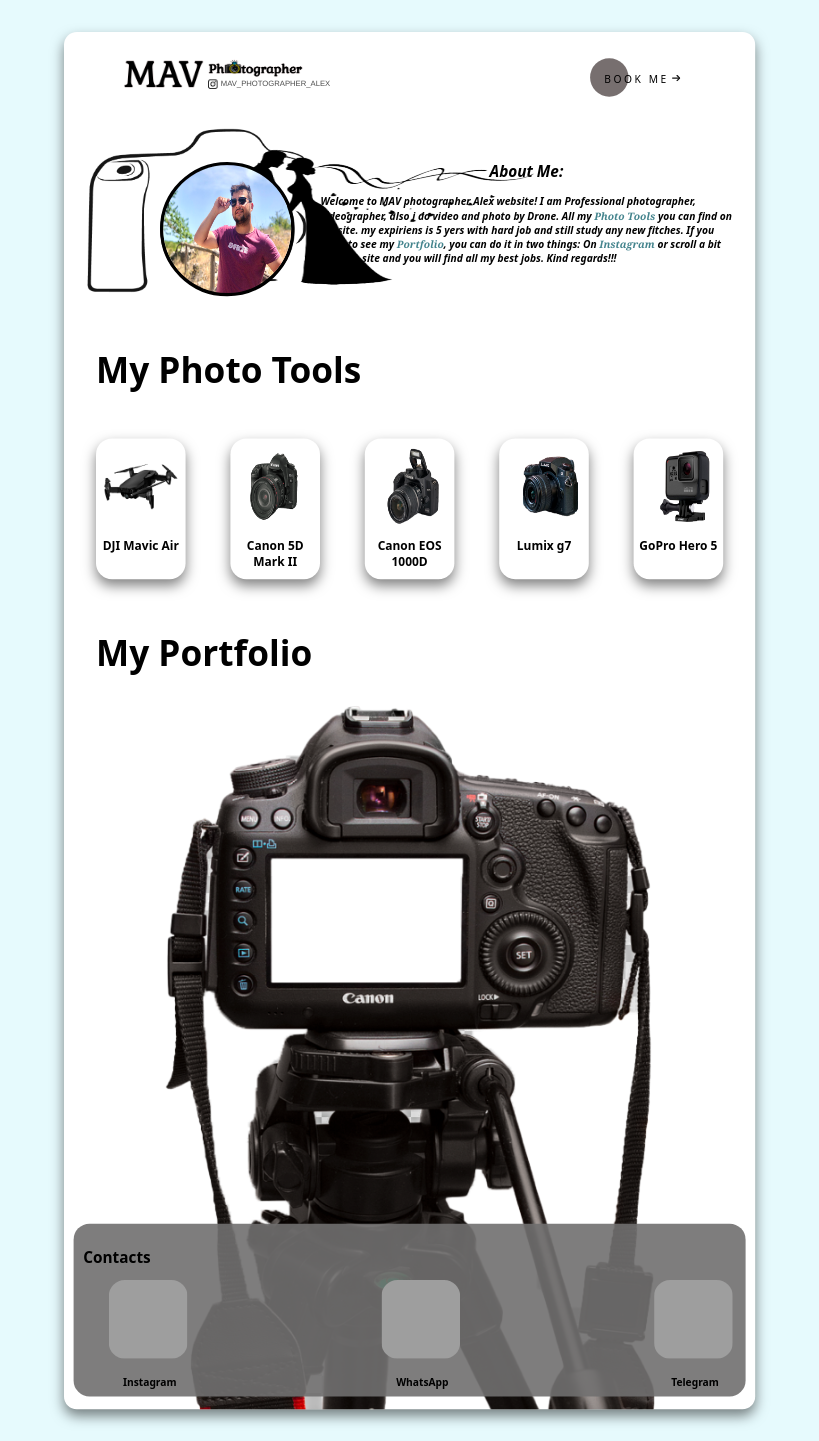
Repository: Dekabrist94/MAV
Page: /
An editor plug-in stored every save of this project. The page is shown before and after the next save, followed by the edit.
The browser window is 1280 px wide. The pictures show the whole page, at 64% of full size.
Pictures or frames that could not be fetched are drawn as grey boxes. The project was rebuilt for these pictures with package versions that can differ from the ones it lists, and the page was loaded fresh each time.

Above is the page before, as saved 2023-03-11 17:48:44.

### src/index.js
import React from 'react';
import ReactDOM from 'react-dom/client';
import './index.scss';
import App from './App';
import reportWebVitals from './reportWebVitals';

const root = ReactDOM.createRoot(document.getElementById('root'));
root.render(
  <React.StrictMode>
    <App />
  </React.StrictMode>,
);

// If you want to start measuring performance in your app, pass a function
// to log results (for example: reportWebVitals(console.log))
// or send to an analytics endpoint. Learn more: https://bit.ly/CRA-vitals
reportWebVitals();

### src/index.scss
.aboutLinks {
  color: rgb(68, 132, 141);
  text-decoration: none;
  font-family: Georgia, 'Times New Roman', Times, serif;
  transition: all 0.3s ease;
}

.aboutLinks:hover {
  color: rgb(235, 17, 82);
  text-decoration: none;
  font-family: Georgia, 'Times New Roman', Times, serif;
}

body {
  margin: 0;
  font-family: system-ui;
  -webkit-font-smoothing: antialiased;
  -moz-osx-font-smoothing: grayscale;
  background-color: rgb(12, 213, 240, 0.1);
}

.wrapper {
  background: #ffffff;
  box-shadow: 0px 10px 20px rgba(0, 0, 0, 0.5);
  border-radius: 20px;
  max-width: 1080px;
  margin: 50px auto;
}

header {
  padding: 40px;
  margin: 50px;
  display: flex;
  justify-content: space-between;
}

img {
  margin-right: 5px;
}

.headerLeft {
  display: flex;
  align-items: center;
}

.underLogoLink {
  color: black;
  opacity: 70%;
  font-family: 'Franklin Gothic Medium', 'Arial Narrow', Arial, sans-serif;
  text-decoration: none;
  transition: all 0.2s ease;
  text-transform: uppercase;
  font-size: 12px;
}
.underLogoLink:hover {
  opacity: 100%;
  transition: all 0.2s ease;
}
.instaLink {
  display: flex;
  margin-top: -3px;
  align-items: center;
}

.bookMe {
  margin-top: 20px;
}

h3,
p {
  margin: 0;
}

.aboutMe {
  margin-left: 150px;
  position: relative;
  display: flex;

  align-items: center;
  justify-content: space-between;
}
.bride {
  position: absolute;
  left: 109px;
}
.camera {
  top: -50px;
  left: -190px;
  position: absolute;
}
.avatar {
  border-radius: 50%;
  border: 5px black solid;
  z-index: 1;
  transition: all 0.4s ease;

  cursor: pointer;
}
.avatar:hover {
  transition: all 0.4s ease;
  transform: scale(1.05);
  cursor: pointer;
}

.textAboutCenter {
  text-align: center;
  font-style: italic;
}
.textAbout {
  padding-bottom: 50px;
  padding-left: 5%;
  padding-right: 5%;
  text-align: left;
  font-style: italic;
}
.cardContainer {
  display: flex;
  padding: 15px;
}
.card {
  height: 220px;
  width: 140px;
  margin: 0 auto;
}

.cardBorder {
  border-radius: 25px;
  box-shadow: 0px 10px 20px rgba(0, 0, 0, 0.5);
}

.cardStyle {
  padding-top: 15px;
  text-align: center;
}

.CaptionTools {
  padding-left: 50px;
  font-size: 55px;
}

.Portfolio {
}

.captionPortfolio {
  padding-top: 15px;
  padding-left: 50px;
  font-size: 55px;
}

.mainCamera {
  margin: 0 auto;
  align-items: center;
  display: flex;
}

.cameraSlider {
  margin: 0 auto;
  z-index: 2;
}

.contContainer {
  position: relative;
  margin: 0px 15px auto;
}

.background {
  position: absolute;
  background: rgba(112, 111, 111, 0.9);
  width: 100%;
  height: 270px;
  margin: -290px auto;
  z-index: 3;
  border-radius: 25px;
}

.qr {
  padding: 15px;
}

.contacts {
  display: flex;
  align-items: center;
  justify-content: space-between;
}

li {
  list-style-type: none;
  z-index: 5;
}

.qrcode {
  border-radius: 25px;
  transition: all 0.3s ease;
}

.qrcode:hover {
  transform: scale(1.1);
  transition: all 0.3s ease;
}

### src/App.js
import { Header } from './pages/Header';
import { PhotoTools } from './pages/PhotoTools';
import { AboutMe } from './pages/AboutMe';
import mainCamera from './assets/img/mainCamera.png';
function App() {
  return (
    <div className="wrapper">
      <Header />
      <AboutMe />
      <PhotoTools />

      <section className="Portfolio">
        <h1 className="captionPortfolio">My Portfolio</h1>
        <div className="slider">
          <div className="mainCamera">
            <img className="cameraSlider" width={800} height={1100} src={mainCamera} />
          </div>
        </div>
      </section>

      <section className="contContainer">
        <div className="background">
          <div className="qr">
            <h1 className="contCaption">Contacts</h1>
            <ul className="contacts">
              <li>
                <a href="https://www.instagram.com/palazzagofotografo/" target="_blank">
                  <img
                    className="qrcode"
                    src="http://qrcoder.ru/code/?https%3A%2F%2Fwww.instagram.com%2Fpalazzagofotografo%2F&3&0"
                    width="123"
                    height="123"
                    title="Instagram QR Code"
                  />
                </a>
                <h4 align="center">Instagram</h4>
              </li>
              <li>
                <a href="https://wa.me/+393519741841" target="_blank">
                  <img
                    className="qrcode"
                    src="http://qrcoder.ru/code/?https%3A%2F%2Fwa.me%2F%2B393519741841&3&0"
                    width="123"
                    height="123"
                    title="WhatsApp QR Code"
                  />
                </a>
                <h4 align="center">WhatsApp</h4>
              </li>
              <li>
                <a href="https://t.me/mavphotographeralex" target="_blank">
                  <img
                    className="qrcode"
                    src="http://qrcoder.ru/code/?https%3A%2F%2Ftelegram.me%2F%40mavphotographer&4&0"
                    width="123"
                    height="123"
                    title="Telegram QR Code"
                  />
                </a>
                <h4 align="center">Telegram</h4>
              </li>
            </ul>
          </div>
        </div>
      </section>
    </div>
  );
}

export default App;

### src/pages/Header.jsx
import PHOTOGRAPHER from '../assets/img/photographer.png';
import InstaLogo from '../assets/img/instagram.png';
import MAV from '../assets/img/MAV.png';
import '../index.scss';
import { CustomButton } from '../components/button UI';
export const Header = () => {
  return (
    <header>
      <div className="headerLeft">
        <img width={130} height={50} src={MAV} alt="logo" />
        <div className="headerInfo">
          <img width={150} height={30} src={PHOTOGRAPHER} alt="logo" />
          <div className="instaLink">
            <img width={15} height={15} src={InstaLogo} alt="Instagram" />
            <a href="#" className="underLogoLink">
              mav_photographer_alex
            </a>
          </div>
        </div>
      </div>
      <div className="bookMe">
        <CustomButton text="BOOK ME" style="link" />
      </div>
    </header>
  );
};

### src/pages/PhotoTools.jsx
import Drone from '../assets/img/mavicAir.png';
import Mark from '../assets/img/5dmark.png';
import CanonD from '../assets/img/1000d.png';
import Lumix from '../assets/img/lumix.png';
import Hero5 from '../assets/img/hero5.png';

import '../index.scss';

export const PhotoTools = () => {
  return (
    <section className="PhotoTools">
      <aside>
        <h1 className="CaptionTools">My Photo Tools</h1>
      </aside>
      <div className="cardContainer">
        <div className="card cardBorder">
          <img className="cardStyle" width={140} height={120} src={Drone} alt="card" />
          <p className="cardStyle">
            <h3>DJI Mavic Air</h3>
          </p>
        </div>
        <div className="card cardBorder">
          <img className="cardStyle" width={140} height={120} src={Mark} alt="card" />
          <p className="cardStyle">
            <h3>Canon 5D Mark II</h3>
          </p>
        </div>
        <div className="card cardBorder">
          <img className="cardStyle" width={160} height={120} src={CanonD} alt="card" />
          <p className="cardStyle">
            <h3>Canon EOS 1000D</h3>
          </p>
        </div>
        <div className="card cardBorder">
          <img className="cardStyle" width={160} height={120} src={Lumix} alt="card" />
          <p className="cardStyle">
            <h3>Lumix g7</h3>
          </p>
        </div>
        <div className="card cardBorder">
          <img className="cardStyle" width={160} height={120} src={Hero5} alt="card" />
          <p className="cardStyle">
            <h3>GoPro Hero 5</h3>
          </p>
        </div>
      </div>
    </section>
  );
};

### src/pages/AboutMe.jsx
import '../index.scss';
import Camera from '../assets/img/camera.png';
import AVATAR from '../assets/img/AVATAR.jpg';
import Bride from '../assets/img/bride.png';
export const AboutMe = () => {
  return (
    <section className="aboutMe">
      <img className="avatar" width={200} height={200} src={AVATAR} alt="AVATAR" />
      <img className="camera" width={500} height={302} src={Camera} alt="Camera" />
      <img className="bride" width={500} height={302} src={Bride} alt="Bride" />

      <div>
        <h1 className="textAboutCenter">About Me:</h1>
        <h4 className="textAbout">
          Welcome to MAV photographer Alex website! I am Professional photographer, videographer,
          also i do video and photo by Drone. All my{' '}
          <a className="aboutLinks" href="#">
            Photo Tools
          </a>{' '}
          you can find on my site. my expiriens is 5 yers with hard job and still study any new
          fitches. If you want to see my{' '}
          <a className="aboutLinks" href="#">
            Portfolio
          </a>
          , you can do it in two things: On{' '}
          <a className="aboutLinks" href="#">
            Instagram
          </a>{' '}
          or scroll a bit down to site and you will find all my best jobs. Kind regards!!!
        </h4>
      </div>
    </section>
  );
};

### src/components/button UI/index.jsx
import styles from './Button.module.css';
import React from 'react';

export const CustomButton = ({ type, text, link, style }) => {
  if (style === 'btn') {
    return (
      <button className={`${styles.button} ${styles.buttonBtn}`} type={type}>
        <span>{text}</span>
        <svg width="13px" height="10px" viewBox="0 0 13 10">
          <path d="M1,5 L11,5"></path>
          <polyline points="8 1 12 5 8 9"></polyline>
        </svg>
      </button>
    );
  } else if (style === 'link') {
    return (
      <a
        href={link}
        className={`${styles.button} ${styles.buttonLink}`}
        target="_blank"
        rel="noreferrer">
        <span>{text}</span>
        <svg width="13px" height="10px" viewBox="0 0 13 10">
          <path d="M1,5 L11,5"></path>
          <polyline points="8 1 12 5 8 9"></polyline>
        </svg>
      </a>
    );
  }
  return <button>{text}</button>;
};

### src/components/button UI/Button.module.css
.button {
  position: relative;
  margin: auto;
  padding: 19px 22px;
  transition: all 0.2s ease;
  cursor: pointer;
}
.button:before {
  content: '';
  position: absolute;
  top: 0;
  left: 0;
  display: block;
  border-radius: 50%;

  width: 60px;
  height: 60px;
  transition: all 0.5s ease;
}
.buttonLink:before {
  background: rgb(119, 111, 111);
}
.buttonBtn:before {
  background: rgba(255, 165, 45, 0.5);
}
.button span {
  position: relative;
  font-size: 16px;
  line-height: 18px;
  font-weight: 400;
  letter-spacing: 4px;
  text-transform: uppercase;
  vertical-align: middle;
  transition: color 0.5s ease;
}
.button:hover span {
  color: #fff;
}
.button svg {
  position: relative;
  top: 0;
  margin-left: 10px;
  fill: none;
  stroke-linecap: round;
  stroke-linejoin: round;
  stroke: #111;
  stroke-width: 2;
  transform: translateX(-5px);
  transition: all 0.5s ease;
}
.button:hover:before {
  width: 100%;
  border-radius: 50px;
}
.buttonLink:hover:before {
  background: black;
}
.buttonBtn:hover:before {
  background: rgb(255, 165, 45);
}
.button:hover svg {
  transform: translateX(0);
  stroke: #fff;
}
.button:active {
  transform: scale(0.96);
}

Loaded but not shown: public/index.html (common file); src/reportWebVitals.js (common file)

After the next save:
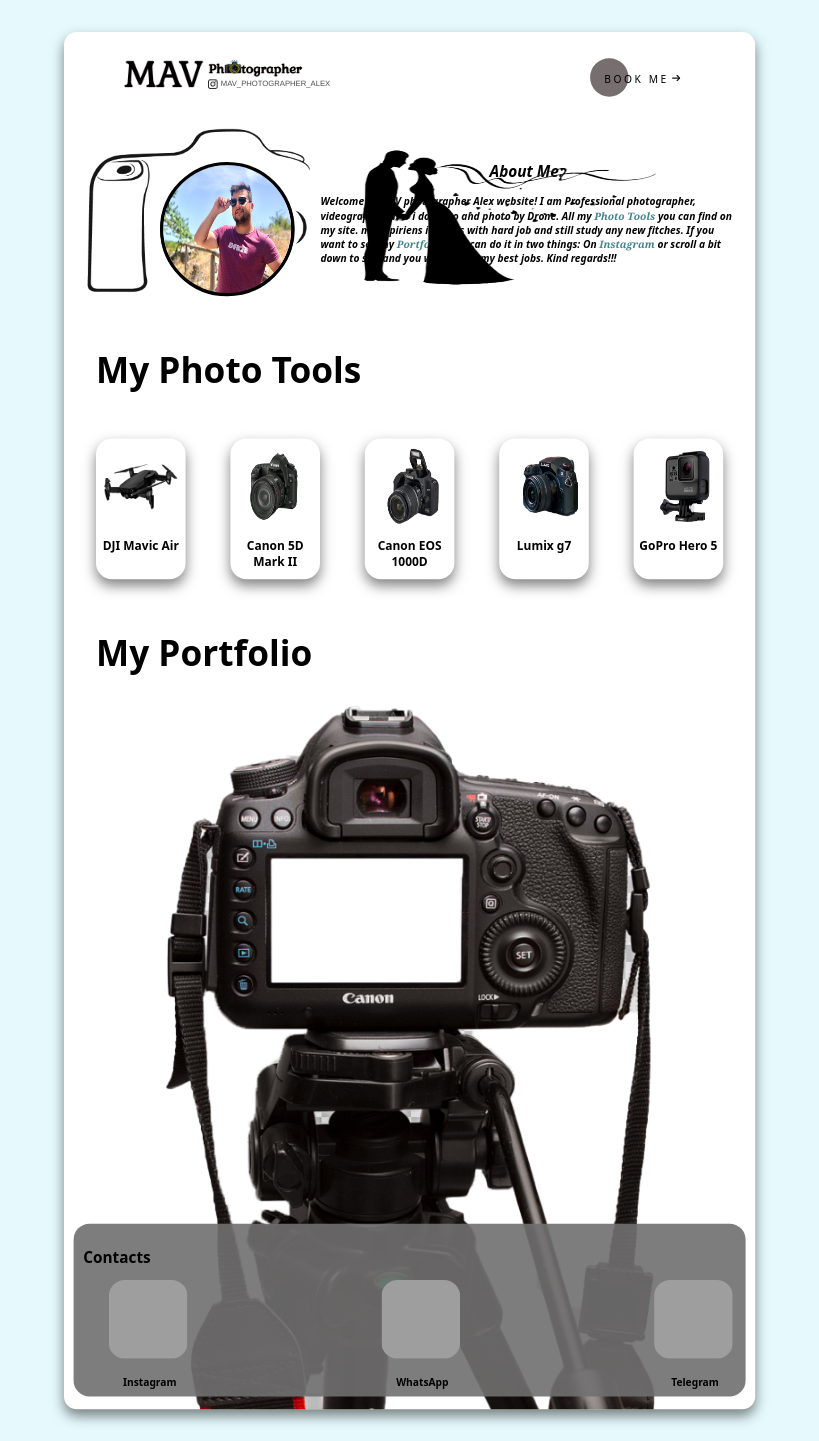
Saved 11 s later.
--- a/src/index.scss
+++ b/src/index.scss
@@ -81,7 +81,7 @@
 }
 .bride {
   position: absolute;
-  left: 109px;
+  left: 300px;
 }
 .camera {
   top: -50px;
